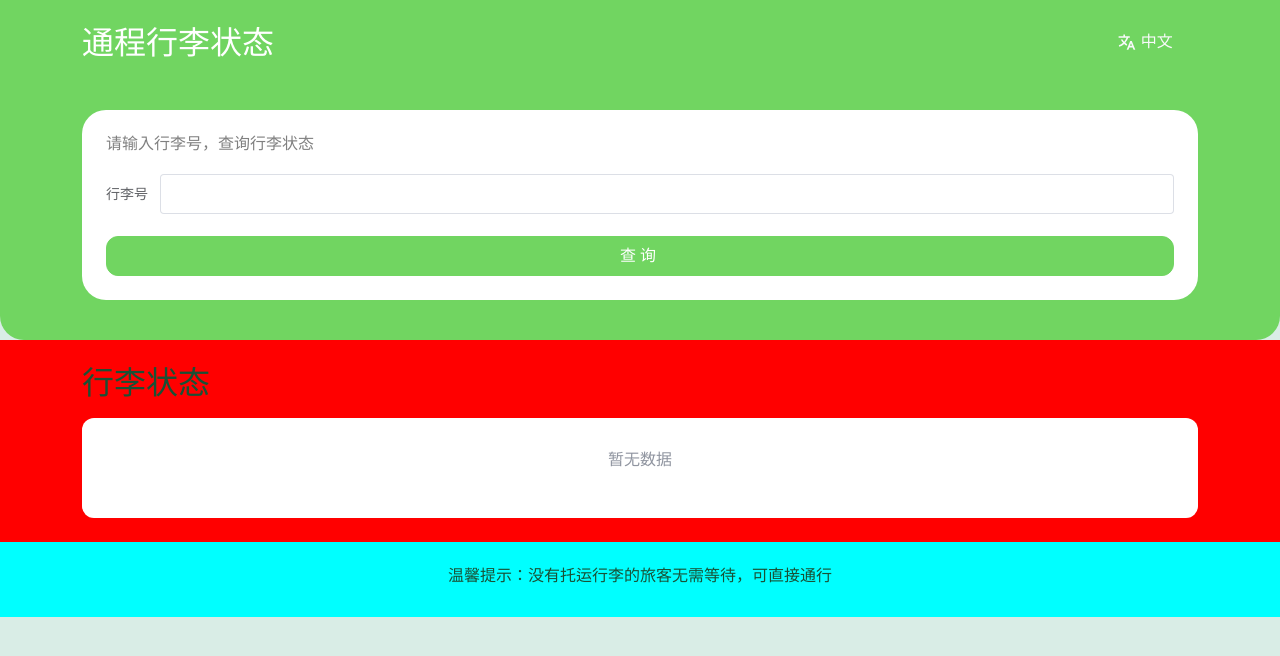
Repository: jhonMacTavish/through-baggage-web
Page: /
An editor plug-in stored every save of this project. The page is shown before and after the next save, followed by the edit.
The browser window is 1280 px wide. The pictures show the whole page.
The project was rebuilt for these pictures with package versions that can differ from the ones it lists, and the page was loaded fresh each time. Also part of the build but not shown: vite.config.js, src/components/Main copy.vue, src/components/Main.vue, src/components/NavBar.vue, src/components/Scanner.vue, src/views/Scanner.vue. Imported but missing from the stored project, and not drawn on this page: src/assets/icons/GlobeIcon.vue, src/assets/icons/LogoIcon.vue, src/assets/icons/ProfileIcon.vue, src/assets/icons/QuestionIcon.vue.

Above is the page before, as saved 2025-03-15 14:40:41.

After the next save:
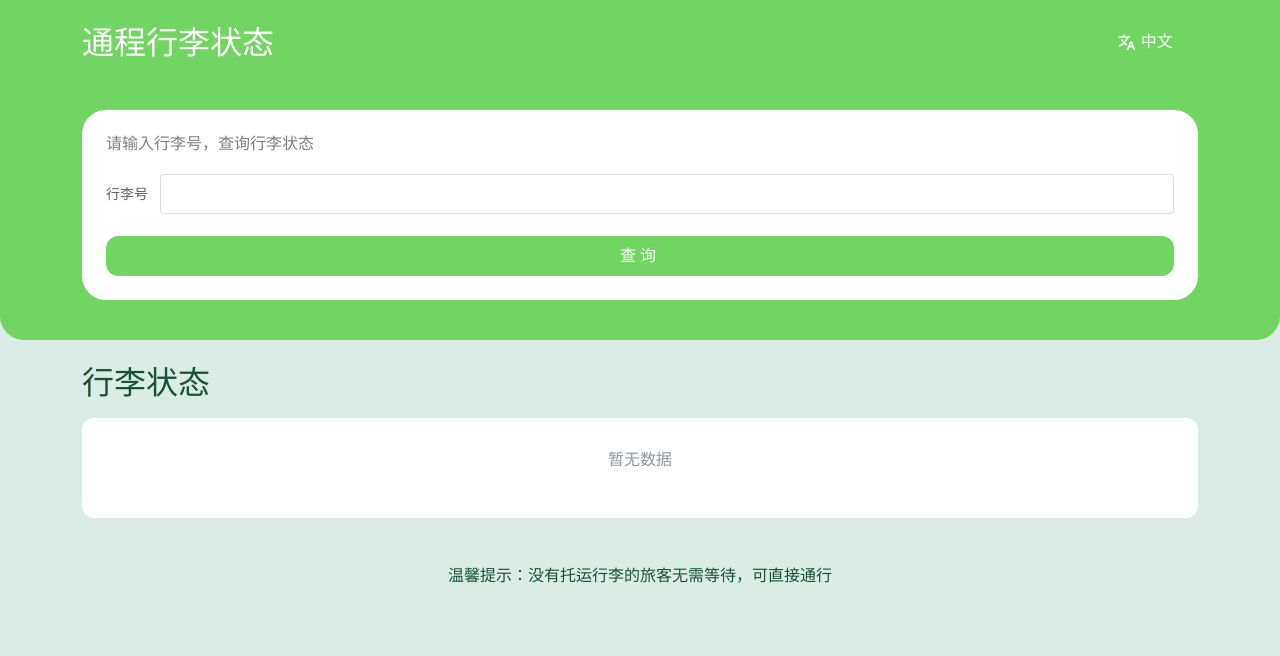
Saved 26 s later.
--- a/src/views/Home.vue
+++ b/src/views/Home.vue
@@ -134,7 +134,7 @@
     </div>
   </section>
 
-  <footer class="p-4 text-center w-100" style="background-color: aqua;">
+  <footer class="p-4 text-center w-100">
     <div class="container">
       <h6>{{ $t("messages.prompText.pageFooter") }}</h6>
     </div>
@@ -453,7 +453,6 @@ onMounted(() => {
 
 .flex1 {
   flex: 1;
-  background-color: red;
 }
 
 footer {
